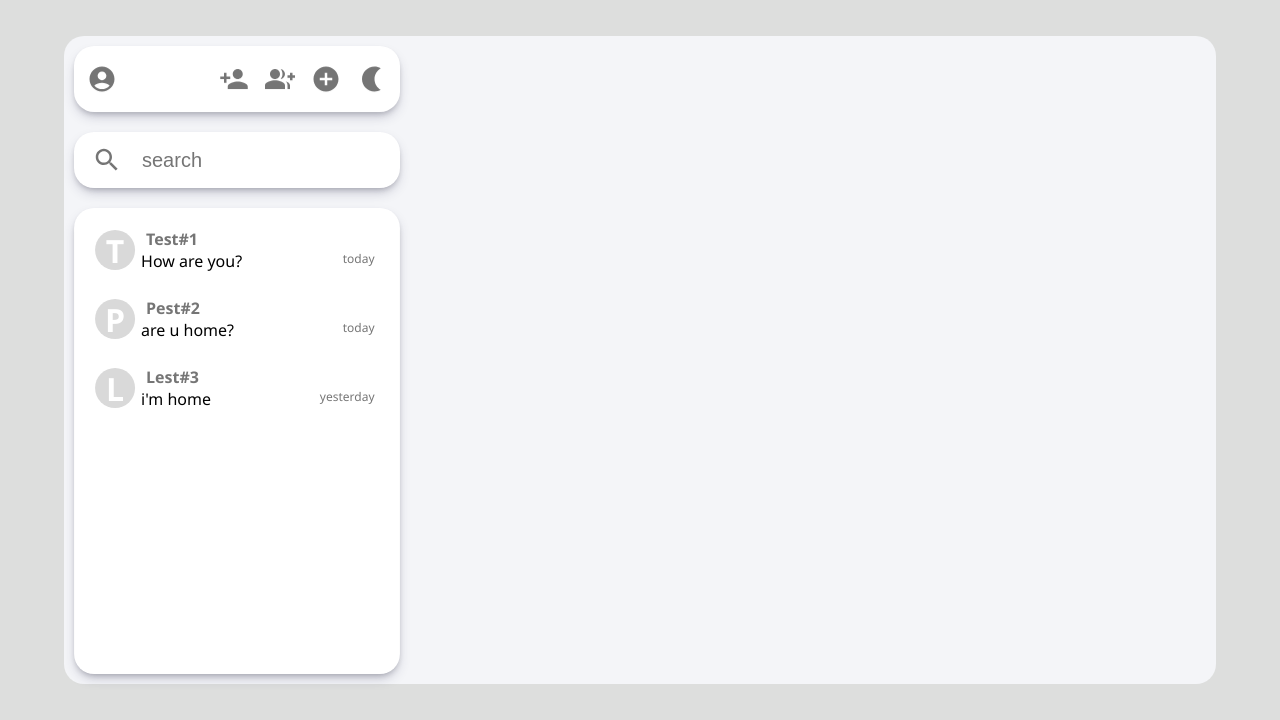
Repository: fatemesoleymanian/chat-app-mern
Page: /inbox (app in Client/)
An editor plug-in stored every save of this project. The page is shown before and after the next save, followed by the edit.
The browser window is 1280 px wide. The pictures show the whole page.
The project was rebuilt for these pictures with package versions that can differ from the ones it lists, and the page was loaded fresh each time. Also part of the build but not shown: Client/src/Styles/login.css, Client/src/Pages/Auth/Login.tsx, Client/src/Styles/welcome.css, Client/src/Pages/Welcome.jsx, Client/src/Components/MyMessages.jsx, Client/src/Components/OthersMessages.jsx, Client/src/Components/Layout/ChatBar.jsx, Client/src/Styles/users-groups.css and 3 more.

Above is the page before, as saved 2023-05-30 15:22:33.

After the next save:
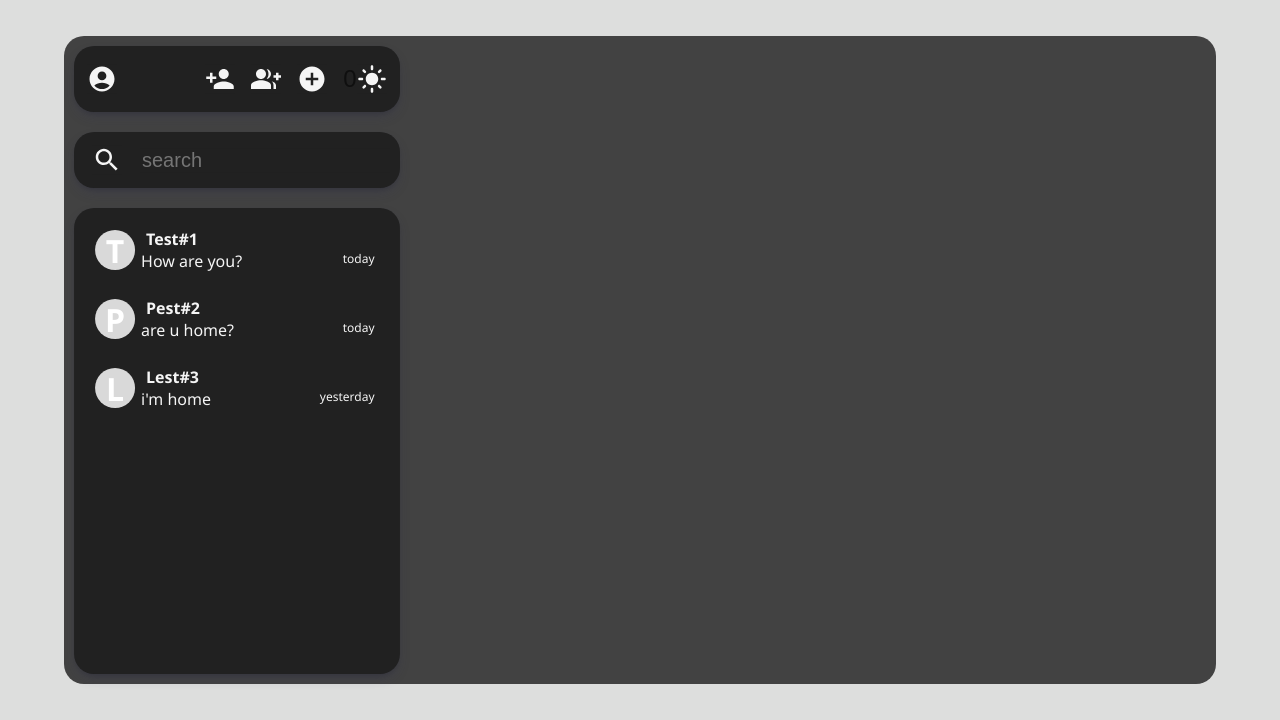
Saved 59 s later.
--- a/Client/src/Feature/themeSlice.js
+++ b/Client/src/Feature/themeSlice.js
@@ -2,7 +2,7 @@
 
 export const themeSlice = createSlice({
     name: 'themeSlice',
-    initialState: localStorage.getItem('theme') | true,
+    initialState: localStorage.getItem('theme') | false,
 
     reducers: {
         toggleTheme: (state) => {

After the save that followed:
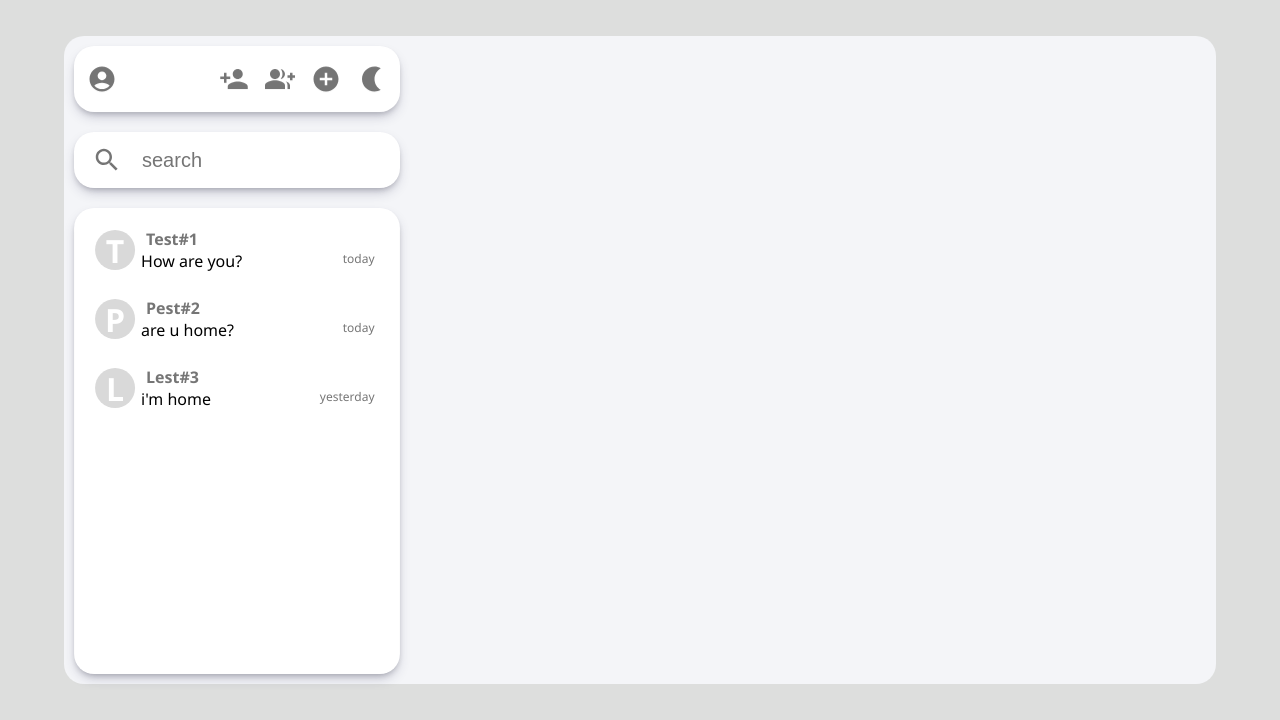
Saved 9 s later.
--- a/Client/src/Feature/themeSlice.js
+++ b/Client/src/Feature/themeSlice.js
@@ -2,7 +2,7 @@
 
 export const themeSlice = createSlice({
     name: 'themeSlice',
-    initialState: localStorage.getItem('theme') | false,
+    initialState: localStorage.getItem('theme') | true,
 
     reducers: {
         toggleTheme: (state) => {
